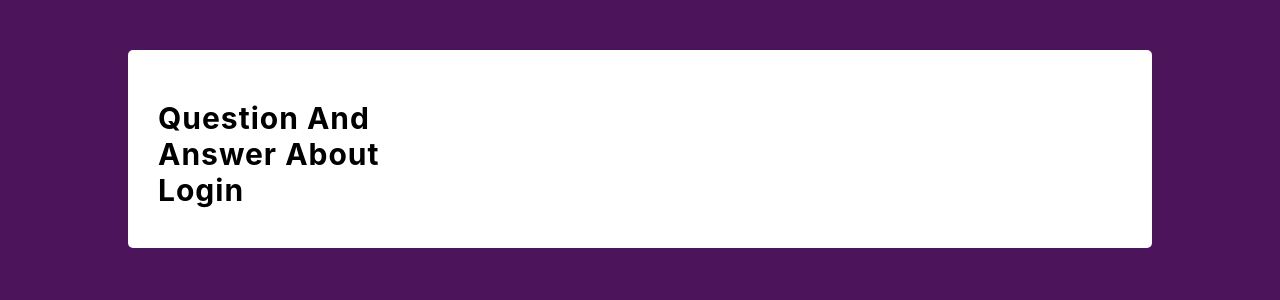
Repository: thaiduy1704/TypeScriptBasic
Page: / (app in 04-Accordion/)
An editor plug-in stored every save of this project. The page is shown before and after the next save, followed by the edit.
The browser window is 1280 px wide. The pictures show the whole page.
The project was rebuilt for these pictures with package versions that can differ from the ones it lists, and the page was loaded fresh each time. Also part of the build but not shown: 04-Accordion/src/App.css.

Above is the page before, as saved 2022-10-28 16:39:12.

### 04-Accordion/src/index.css
:root {
	--transition: all 1s linear;
	--clr-background: #4b145b;
	--clr-white: white;
	--clr-btn: #eae6eb;
	--clr-text: #617d98;
	--light-shadow: 0 5px 15px rgba(0, 0, 0, 0.1);
	--dark-shadow: 0 5px 15px rgba(0, 0, 0, 0.2);
	--fixed-width: 800px;
	--max-width: 1170px;
	--spacing: 0.1rem;
	--radius: 0.5rem;
}

body {
	margin: 0;
	font-family: -apple-system, BlinkMacSystemFont, 'Segoe UI', 'Roboto', 'Oxygen',
		'Ubuntu', 'Cantarell', 'Fira Sans', 'Droid Sans', 'Helvetica Neue',
		sans-serif;
	-webkit-font-smoothing: antialiased;
	-moz-osx-font-smoothing: grayscale;
	background-color: var(--clr-background);
}

code {
	font-family: source-code-pro, Menlo, Monaco, Consolas, 'Courier New',
		monospace;
}

/* Global */
*,
*::before,
*::after {
	box-sizing: border-box;
	margin: 0;
	padding: 0;
}

html {
	font-size: 62.5%; /* 1rem = 10px */
}

h1,
h2,
h3,
h4,
h5 {
	letter-spacing: var(--spacing);
	text-transform: capitalize;
	margin-bottom: 1rem;
}

p {
	font-size: 1.8rem;
	color: var(--clr-text);
}

### 04-Accordion/src/App.tsx
import React from 'react';
import './App.css';
import styled from 'styled-components';
import { data } from './data/data';
import Question from './components/Question';
function App() {
	return (
		<Wrapper>
			<div className='info'>
				<h1>Question and Answer about login</h1>
			</div>
			<div className='question__container'></div>
		</Wrapper>
	);
}

const Wrapper = styled.main`
	width: 80vw;
	min-width: var(--fixex-width);
	margin: 5rem auto;
	background-color: var(--clr-white);
	padding: 3rem;
	border-radius: var(--radius);
	display: grid;
	grid-template-columns: 25rem 1fr;
	h1 {
		font-size: 3rem;
	}
	.info {
		padding-top: 2rem;
	}
`;

export default App;

### 04-Accordion/src/data/data.ts
export const data = [
	{
		id: 1,
		title: 'Do I have to allow the use of cookies?',
		info: 'Unicorn vinyl poutine brooklyn, next level direct trade iceland. Shaman copper mug church-key coloring book, whatever poutine normcore fixie cred kickstarter post-ironic street art.',
	},
	{
		id: 2,
		title: 'How do I change my My Page password?',
		info: 'Coloring book forage photo booth gentrify lumbersexual. Migas chillwave poutine synth shoreditch, enamel pin thundercats fashion axe roof party polaroid chartreuse.',
	},
	{
		id: 3,
		title: 'What is BankID?',
		info: 'Enamel pin fam sustainable woke whatever venmo. Authentic asymmetrical put a bird on it, lumbersexual activated charcoal kinfolk banjo cred pickled sartorial.',
	},
	{
		id: 4,
		title: 'Whose birth number can I use?',
		info: 'Edison bulb direct trade gentrify beard lo-fi seitan sustainable roof party franzen occupy squid. Knausgaard cronut succulents, scenester readymade shabby chic lyft. Copper mug meh vegan gentrify.',
	},
	{
		id: 5,
		title: 'When do I recieve a password ordered by letter?',
		info: 'Locavore franzen fashion axe live-edge neutra irony synth af tilde shabby chic man braid chillwave waistcoat copper mug messenger bag. Banjo snackwave blog, microdosing thundercats migas vaporware viral lo-fi seitan ',
	},
];

### 04-Accordion/src/components/Question.tsx
import React from 'react';

const Question = () => {
	return <div>Question</div>;
};

export default Question;

Loaded but not shown: 04-Accordion/public/index.html (common file); 04-Accordion/src/index.tsx (common file); 04-Accordion/src/reportWebVitals.ts (common file)

After the next save:
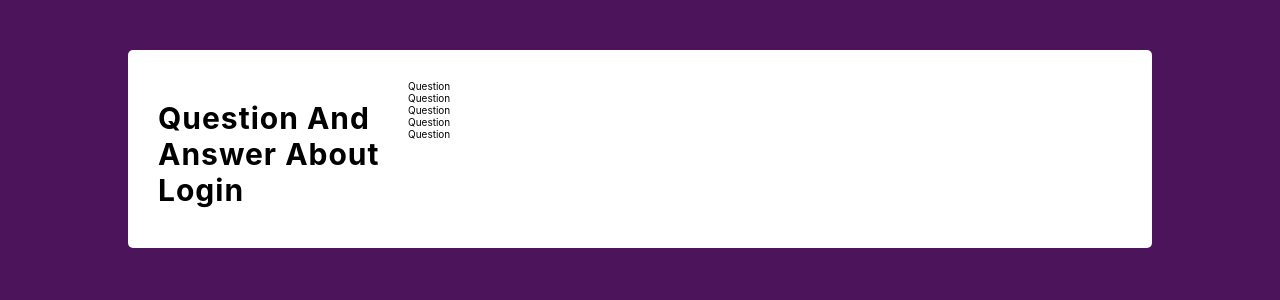
Saved 20 s later.
--- a/04-Accordion/src/App.tsx
+++ b/04-Accordion/src/App.tsx
@@ -9,7 +9,11 @@ function App() {
 			<div className='info'>
 				<h1>Question and Answer about login</h1>
 			</div>
-			<div className='question__container'></div>
+			<div className='question__container'>
+				{data.map((item) => {
+					return <Question />;
+				})}
+			</div>
 		</Wrapper>
 	);
 }
